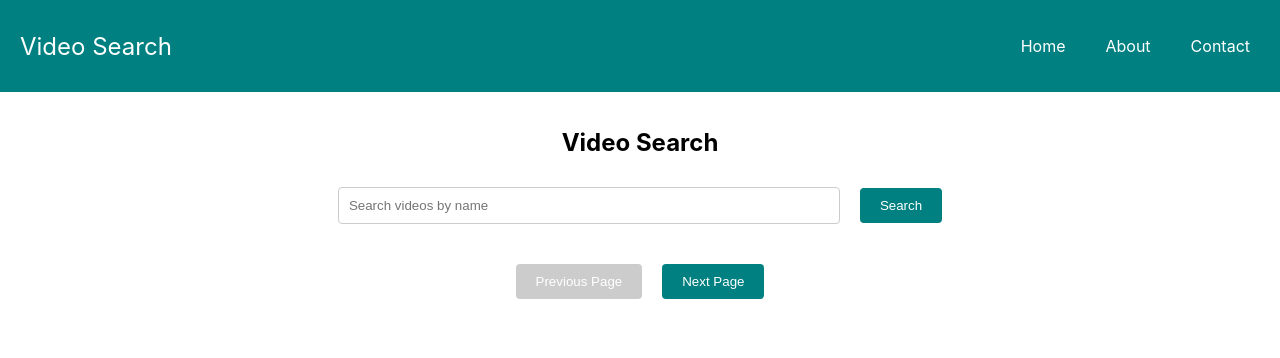
Repository: LolaSL/video-search
Page: /
The author's editor kept a copy of each file at every save. The page is drawn from the files as they stood at one save, then again after the next save.
The browser window is 1280 px wide. The pictures show the whole page.
The project was rebuilt for these pictures with package versions that can differ from the ones it lists, and the page was loaded fresh each time.

Above is the page before, as saved 2023-08-12 13:52:50.

After the next save:
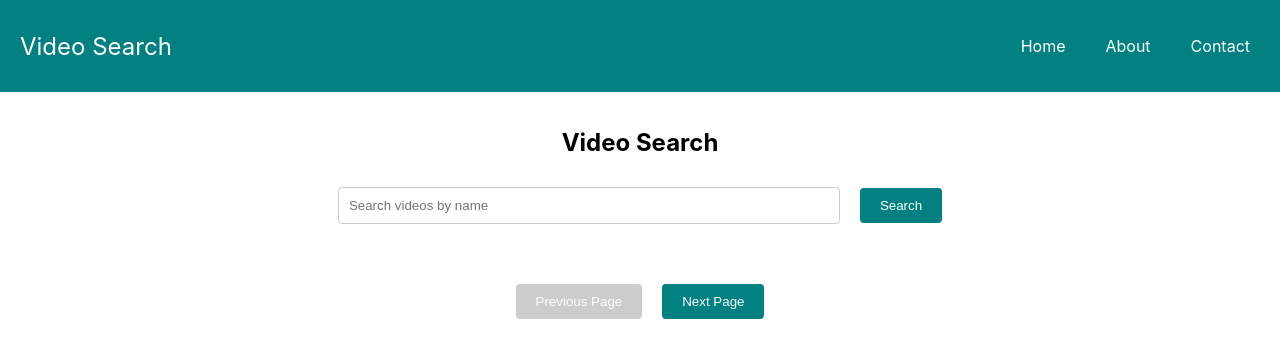
Saved 98 s later.
--- a/src/VideoSearch.jsx
+++ b/src/VideoSearch.jsx
@@ -1,70 +1,73 @@
 import React, { useState } from 'react';
 import axios from 'axios';
 
-const API_KEY = 'AIzaSyAZw_7fp6hzKHZ_UNfC9jRiNJBWZQnTOmM';
-const CHANNEL_ID = 'CSgDjZ_Vv8g';
+const API_KEY = 'YOUR_YOUTUBE_API_KEY';
+const CHANNEL_ID = 'YOUR_CHANNEL_ID';
 const RESULTS_PER_PAGE = 10;
 
+const VideoSearch = () => {
+  const [videos, setVideos] = useState([]);
+  const [searchTerm, setSearchTerm] = useState('');
+  const [currentPage, setCurrentPage] = useState(1);
 
-const VideoSearch = () => {
-    const [videos, setVideos] = useState([]);
-    const [searchTerm, setSearchTerm] = useState('');
-    const [currentPage, setCurrentPage] = useState(1);
+  const searchVideos = async () => {
+    try {
+      const response = await axios.get(
+        `https://www.googleapis.com/youtube/v3/search?key=${API_KEY}&channelId=${CHANNEL_ID}&part=snippet,id&type=video&q=${searchTerm}&maxResults=${RESULTS_PER_PAGE}&pageToken=${currentPage > 1 ? videos.length : ''}`
+      );
 
-    const searchVideos = async () => {
-      try {
-        const response = await axios.get(
-          `https://www.googleapis.com/youtube/v3/search?key=${API_KEY}&channelId=${CHANNEL_ID}&part=snippet,id&type=video&q=${searchTerm}&maxResults=${RESULTS_PER_PAGE}&pageToken=${currentPage > 1 ? videos.length : ''}`
-        );
-
-        setVideos(response.data.items);
-      } catch (error) {
-        console.error('Error fetching videos:', error);
-      }
-    };
-
-    const handlePageChange = (newPage) => {
-      setCurrentPage(newPage);
-      searchVideos();
-    };
-
-    return (
-      <div>
-        <h1>Video Search</h1>
-        <input
-          type="text"
-          placeholder="Search videos by name"
-          value={searchTerm}
-          onChange={(e) => setSearchTerm(e.target.value)}
-        />
-        <button onClick={() => handlePageChange(1)}>Search</button>
-
-            <div className="video-list">
-          {videos.map((video) => (
-            <div key={video.id.videoId}>
-              <h2>{video.snippet.title}</h2>
-              <iframe
-                title={video.snippet.title}
-                width="560"
-                height="415"
-                src={`https://www.youtube.com/embed/${video.id.videoId}`}
-                allowFullScreen
-              ></iframe>
-            </div>
-          ))}
-        </div>
-
-        <div>
-          <button
-            onClick={() => handlePageChange(currentPage - 1)}
-            disabled={currentPage === 1}
-          >
-            Previous Page
-          </button>
-          <button onClick={() => handlePageChange(currentPage + 1)}>Next Page</button>
-        </div>
-      </div>
-    );
+      setVideos(response.data.items);
+    } catch (error) {
+      console.error('Error fetching videos:', error);
+    }
   };
 
-  export default VideoSearch;
+  const handlePageChange = (newPage) => {
+    setCurrentPage(newPage);
+    searchVideos();
+  };
+
+  return (
+    <div className="video-search-container">
+      <h1>Video Search</h1>
+      <input
+        type="text"
+        placeholder="Search videos by name"
+        value={searchTerm}
+        onChange={(e) => setSearchTerm(e.target.value)}
+      />
+      <button onClick={() => handlePageChange(1)}>Search</button>
+
+      <div className="video-list">
+        {videos.map((video) => (
+          <div key={video.id.videoId} className="video-item">
+            <h2>{video.snippet.title}</h2>
+            <div className="video-container">
+              <div className="video-frame">
+                <iframe
+                  title={video.snippet.title}
+                  src={`https://www.youtube.com/embed/${video.id.videoId}`}
+                  className="video-iframe"
+                  frameBorder="0"
+                  allowFullScreen
+                ></iframe>
+              </div>
+            </div>
+          </div>
+        ))}
+      </div>
+
+      <div className="pagination">
+        <button
+          onClick={() => handlePageChange(currentPage - 1)}
+          disabled={currentPage === 1}
+        >
+          Previous Page
+        </button>
+        <button onClick={() => handlePageChange(currentPage + 1)}>Next Page</button>
+      </div>
+    </div>
+  );
+};
+
+export default VideoSearch;
